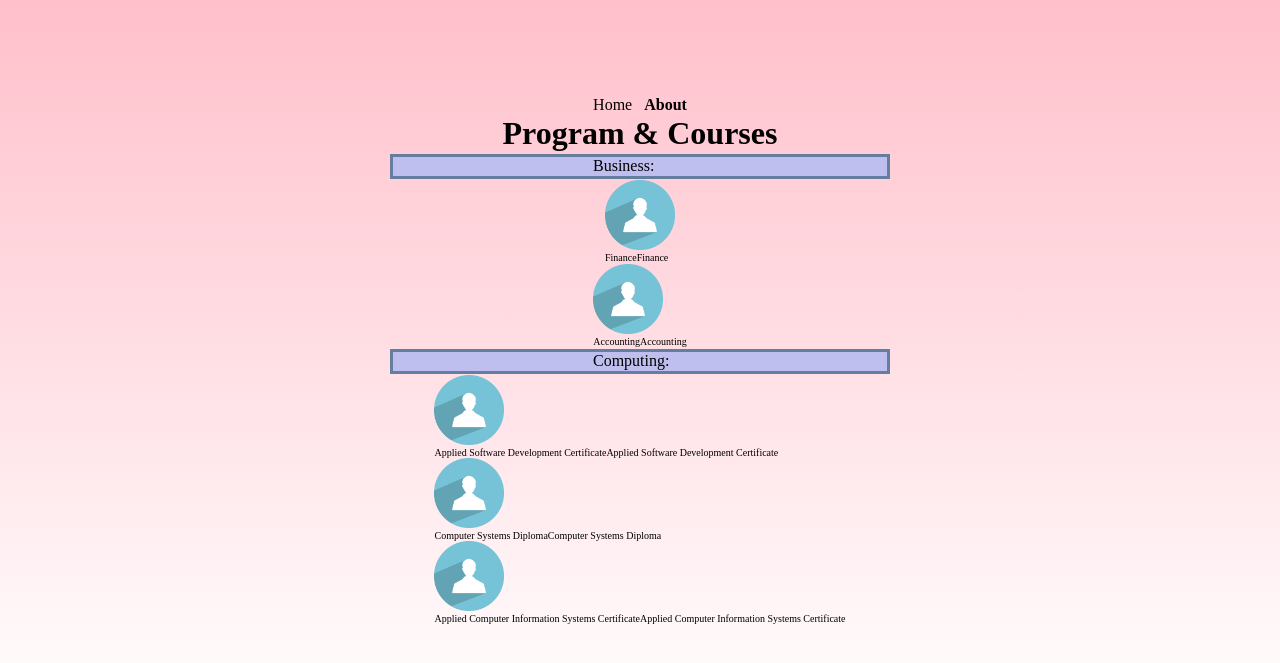
Repository: anoncoderin/madhu-assignment3
Page: /
These files come from the project's save history. The page is drawn as it stood at one moment and after the next save; the edit follows.
The browser window is 1280 px wide. The pictures show the whole page.
The project was rebuilt for these pictures with package versions that can differ from the ones it lists, and the page was loaded fresh each time. The framework's server and built-in components were replaced by stand-ins that run in the browser. Also part of the build but not shown: next.config.js, components/Card/Card.module.css.

Above is the page before, as saved 2023-01-22 20:50:46.

After the next save:
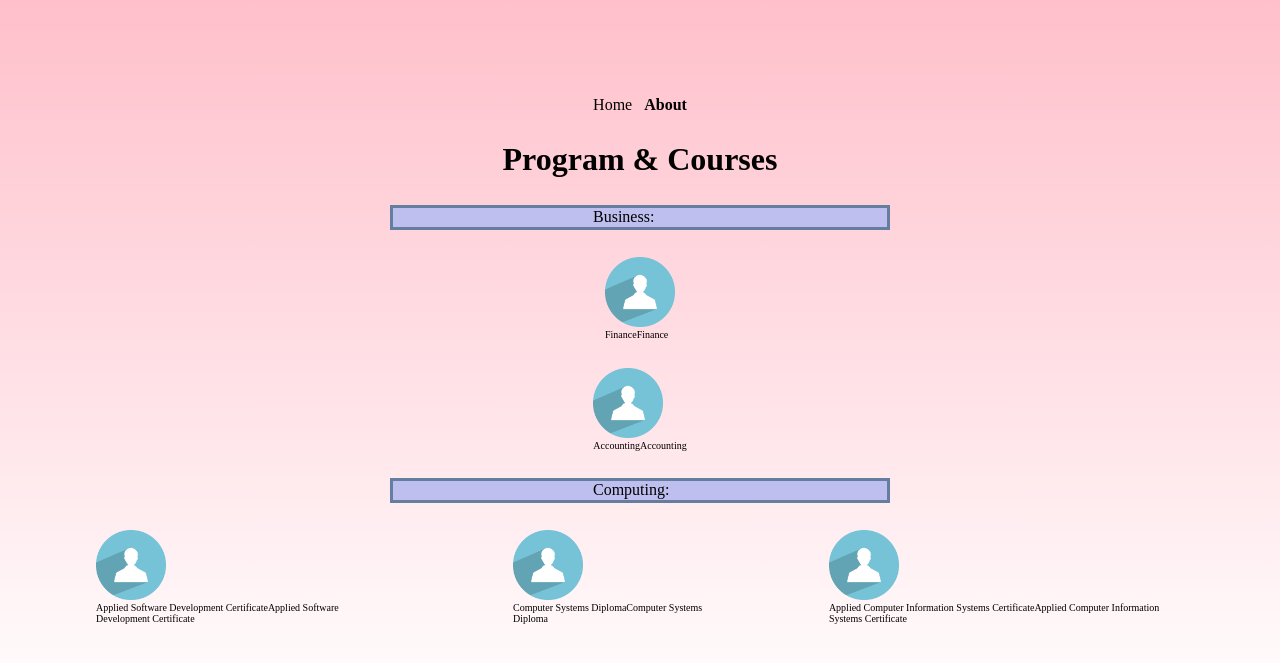
Saved 20 s later.
--- a/styles/Home.module.css
+++ b/styles/Home.module.css
@@ -6,7 +6,13 @@
   padding: 6rem;
   min-height: 100vh;
 }
-
+.row{
+  display: flex;
+  flex-direction: row;
+  justify-content:space-evenly;
+  gap: 120px;
+
+}
 
 
 .heading{
